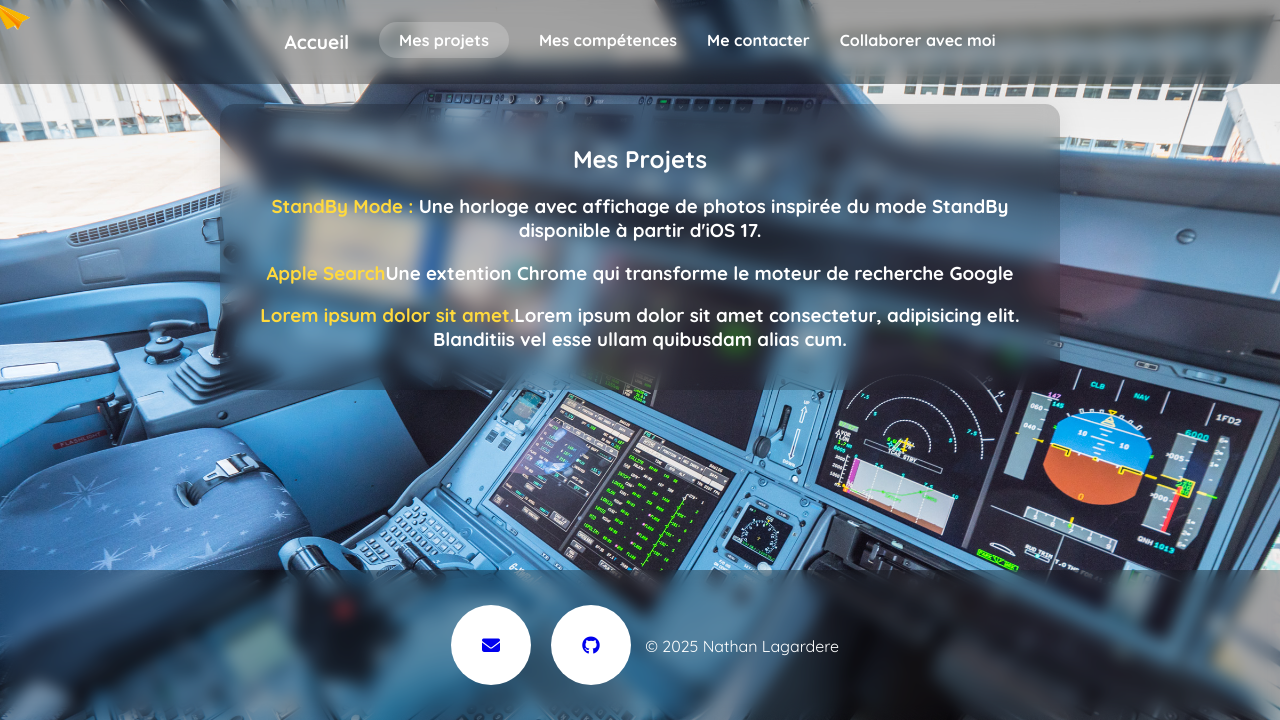
Repository: nlagardere/myportfolio
Page: projects.html
An editor plug-in stored every save of this project. The page is shown before and after a run of saves, followed by the edit.
The browser window is 1280 px wide. The pictures show the whole page.

Above is the page before, as saved 2025-09-07 12:03:09.

After the next 3 saves:
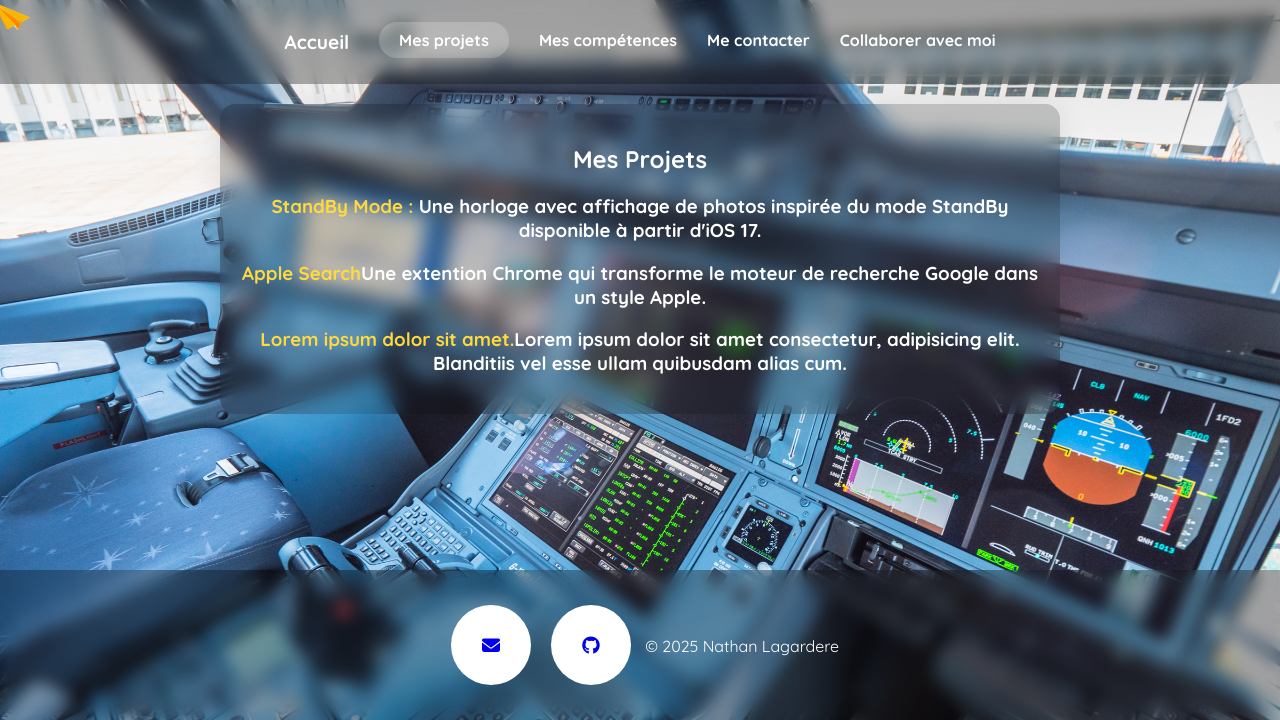
The 3 saves are shown as one change because they came seconds apart.
The last was saved 9 s later.
--- a/projects.html
+++ b/projects.html
@@ -236,7 +236,7 @@
     <div class="glasscard">
       <h2>Mes Projets</h2>
       <h3><span class="highlight">StandBy Mode : </span>Une horloge avec affichage de photos inspirée du mode StandBy disponible à partir d'iOS 17.</h3>
-      <h3><span class="highlight">Apple Search</span>Une extention Chrome qui transforme le moteur de recherche Google</h3>
+      <h3><span class="highlight">Apple Search</span>Une extention Chrome qui transforme le moteur de recherche Google dans un style Apple.</h3>
       <h3><span class="highlight">Lorem ipsum dolor sit amet.</span>Lorem ipsum dolor sit amet consectetur, adipisicing elit. Blanditiis vel esse ullam quibusdam alias cum.</h3>
     </div>
   </div>
